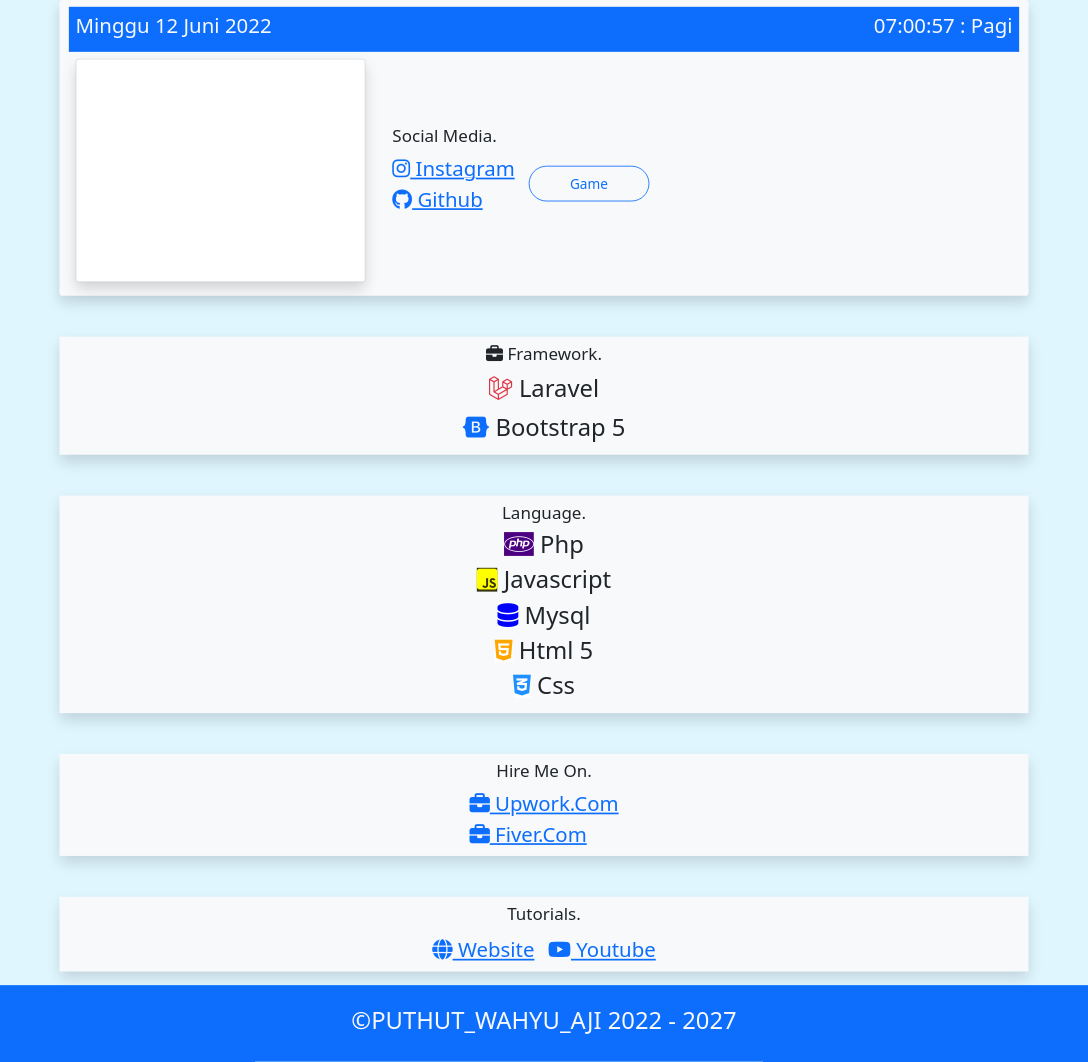
Repository: initer3737/initer3737.github.io
Page: index.html
An editor plug-in stored every save of this project. The page is shown before and after a run of saves, followed by the edit.
The browser window is 1280 px wide. The pictures show the whole page, at 85% of full size.
Pictures or frames that could not be fetched are drawn as grey boxes. Some web libraries are served in a nearby version.

Above is the page before, as saved 2022-06-12 07:56:53.

After the next 2 saves:
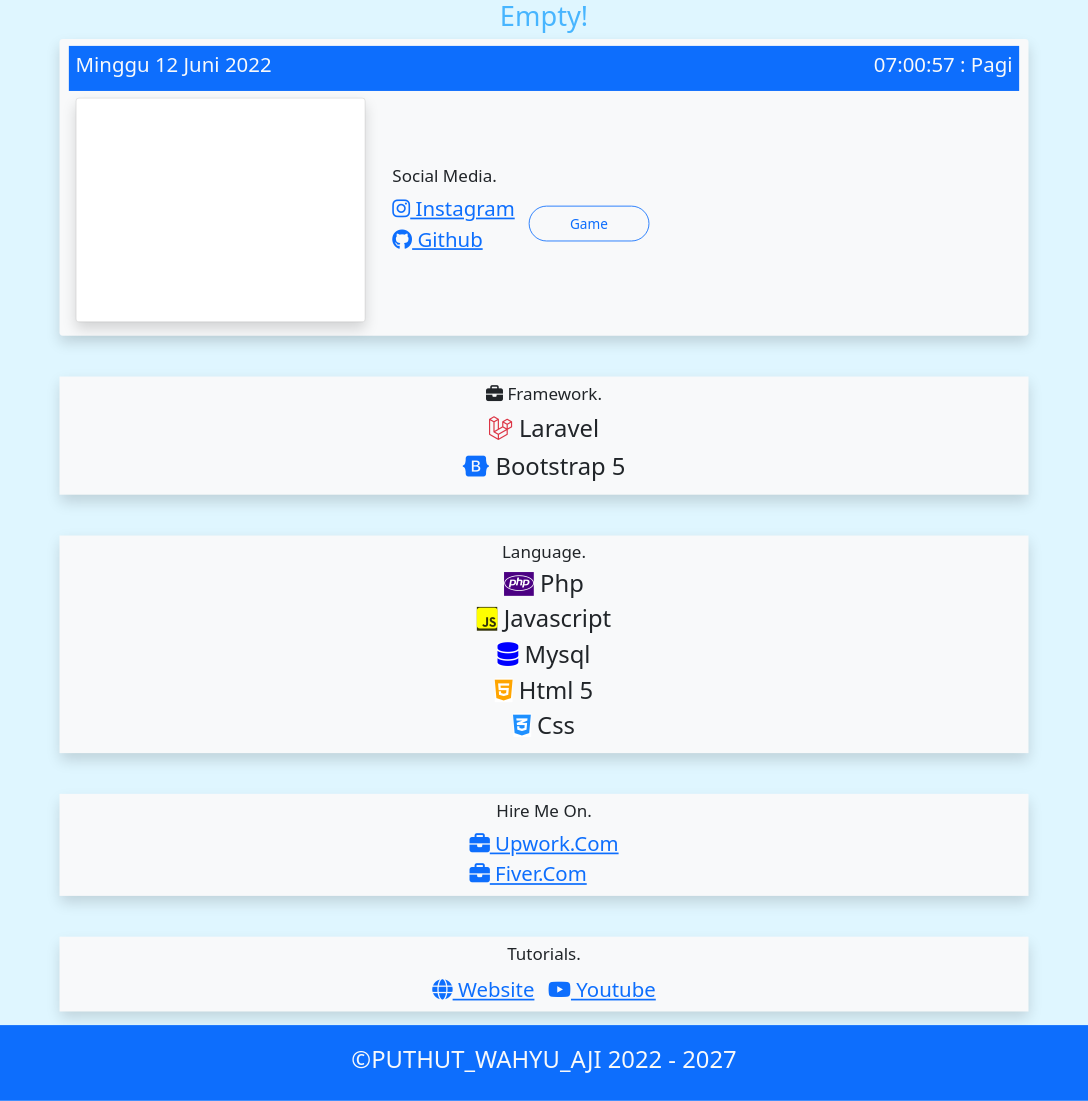
The 2 saves are shown as one change because they came seconds apart.
The last was saved 10 s later.
--- a/index.html
+++ b/index.html
@@ -13,7 +13,7 @@
 <body class="bg-1">
     <header class=" bg-1">
        <div class="row">
-
+           <h2 class="color-2">empty!</h2>
        </div>
     </header>
     <div class="container bg-light shadow rounded  d-flex flex-column gap-4 justify-content-center align-content-center align-items-center p-2">
